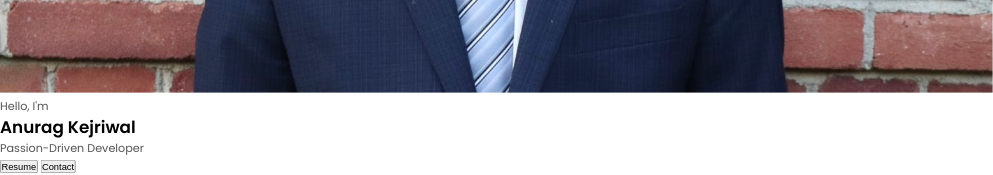
Repository: anuragkej/OldPortfolio
Page: index.html
The author's editor kept a copy of each file at every save. The page is drawn from the files as they stood at one save, then again after the next save.
The browser window is 1280 px wide. The page is 1418 px wide, so the pictures cover 1418 px, including what lies to the right of the window. The pictures show the part of the page from y = 935 to 2655 px (the page is 1185 px tall before and 2890 px after), at 70% of full size.

Above is the page before, as saved 2024-05-25 20:57:06.

### index.html
<!DOCTYPE html>
<html lang="en">
<head>
    <meta charset="UTF-8">
    <meta name="viewport" content="width=device-width, initial-scale=1.0">
    <title>Personal Portfolio</title>
    <link rel="stylesheet" href="style.css">
    <link rel="stylesheet" href="mediaqueries.css">
</head>
<body>
    <nav id="desktop-nav">
        <div class="logo">Anurag Kejriwal</div>
        <div>
            <ul class="nav-links">
                <li><a href="#about">About</a></li>
                <li><a href="#experience">Experience</a></li>
                <li><a href="#projects">Projects</a></li>
                <li><a href="#contact">Contact</a></li>
            </ul>
        </div>
    </nav>
    <nav id="hamburger-nav">
        <div class="logo">Anurag Kejriwal</div>
        <div class="hamburger-menu">
            <div class="hamburger-icon" onclick="toggleMenu()">
                <span></span>
                <span></span>
                <span></span>
            </div>
            <div class="menu-links">
                <li><a href="#about" onclick="toggleMenu()" >About</a></li>
                <li><a href="#experience" onclick="toggleMenu()">Experience</a></li>
                <li><a href="#projects" onclick="toggleMenu()">Projects</a></li>
                <li><a href="#contact" onclick="toggleMenu()">Contact</a></li>
            </div>
        </div>
    </nav>
    <section id="profile">
        <div class="section_pic-container">
            <img src="./assets/20231026_132825_F9CEAA.jpeg" alt="Anurag Kejriwal profile picture">
        </div>
        <div class="section__text">
            <p class="section__text__p1">Hello, I'm</p>
            <h1 class="title">Anurag Kejriwal</h1>
            <p class="section__text__p2">Passion-Driven Developer</p>
            <div class="btn-container">
                <button class="btn btn-color-2"
                onclick="window.open('./assets/AnuragKejriwalResume_2026.pdf')">Resume</button>
                <button class="btn btn-color-1"
                onclick="location.href='./#contact'">Contact</button>
            </div>
        </div>
    </section>
    <script src="script.js"></script>

</body>
</html>

### style.css
/* General */

@import url('https://fonts.googleapis.com/css2?family=Poppins:wght@300;400;500;600&display=swap');
*{
    margin: 0;
    padding: 0;
}

body{
    font-family: "Poppins", sans-serif;
}

html{
    scroll-behavior: smooth;
}

p{
    color: rgb(85, 85, 85);
}

/* Transition */
/* all the links, with button*/

a,
.btn{
    transition: all 300ms ease;
}

/*Desktop navigation */

nav, .nav-links {
    display: flex;
}

nav{
    justify-content: space-around;
    align-items: center;
    height: 17vh;
}

.nav-links{
    gap: 2rem;
    list-style: none;
    font-size: 1.45rem;
}

a{
    color: black;
    text-decoration: none;
    text-decoration-color: white;

}

a:hover{
    color: grey;
    text-decoration: underline;
    text-underline-offset: 0.7rem;
    text-decoration-color: rgb(181, 181, 181);
}

.logo{
    font-size: 1.5rem
}

.logo:hover{
    cursor:default;
}

/*Hamburger menu */

#hamburger-nav{
    display: none;
}

.hamburger-menu{
    position: relative;
    display: inline-block;
}

.hamburger-icon{
    display: flex;
    flex-direction: column;
    justify-content: space-between;
    height: 24px;
    width: 30px;
    cursor: pointer;
}

.hamburger-icon span{
    width: 100%;
    height: 2px;
    background-color: black;
    transition: all 0.3 ease-in-out;
}

.menu-links{
    position: absolute;
    top: 100%;
    right: 0%;
    background-color: white;
    width: fit-content;
    max-height: 0;
    overflow: hidden;
    transition: all 0.3 ease-in-out;
}

.menu-links a{
    display: block;
    padding: 10px;
    text-align: center;
    font-size: 1.5rem;
    color:black;
    text-decoration: none;
    transition: all 0.3 ease-in-out;

}

.menu-links li{
    list-style: none;
}

.menu-links.open{
    max-height: 300px;
}

.hamburger-icon.open span:first-child{
    transform: rotate(45deg) translate(10px, 5px);
}
.hamburger-icon.open span:nth-child(2){
    opacity: 0;
}
.hamburger-icon.open span:last-child{
    transform: rotate(-45deg) translate(10px, -5px);
}

.hamburger-icon span:first-child{
    transform: none;
}
.hamburger-icon span:first-child{
    opacity: 1;
}
.hamburger-icon span:first-child{
    transform: none;
}

### mediaqueries.css
@media screen and (max-width: 1200px) {
    #desktop-nav {
        display: none;
    }
    #hamburger-nav{
        display: flex;
    }
}

### script.js
function toggleMenu(){
    const menu = document.querySelector(".menu-links");
    const icon = document.querySelector(".hamburger-icon");
    menu.classList.toggle("open");
    icon.classList.toggle("open");
}
function toggleMenu(){
    const menu = document.querySelector(".menu-links");
    const icon = document.querySelector(".hamburger-icon");
    menu.classList.toggle("open");
    icon.classList.toggle("open");
}

After the next save:
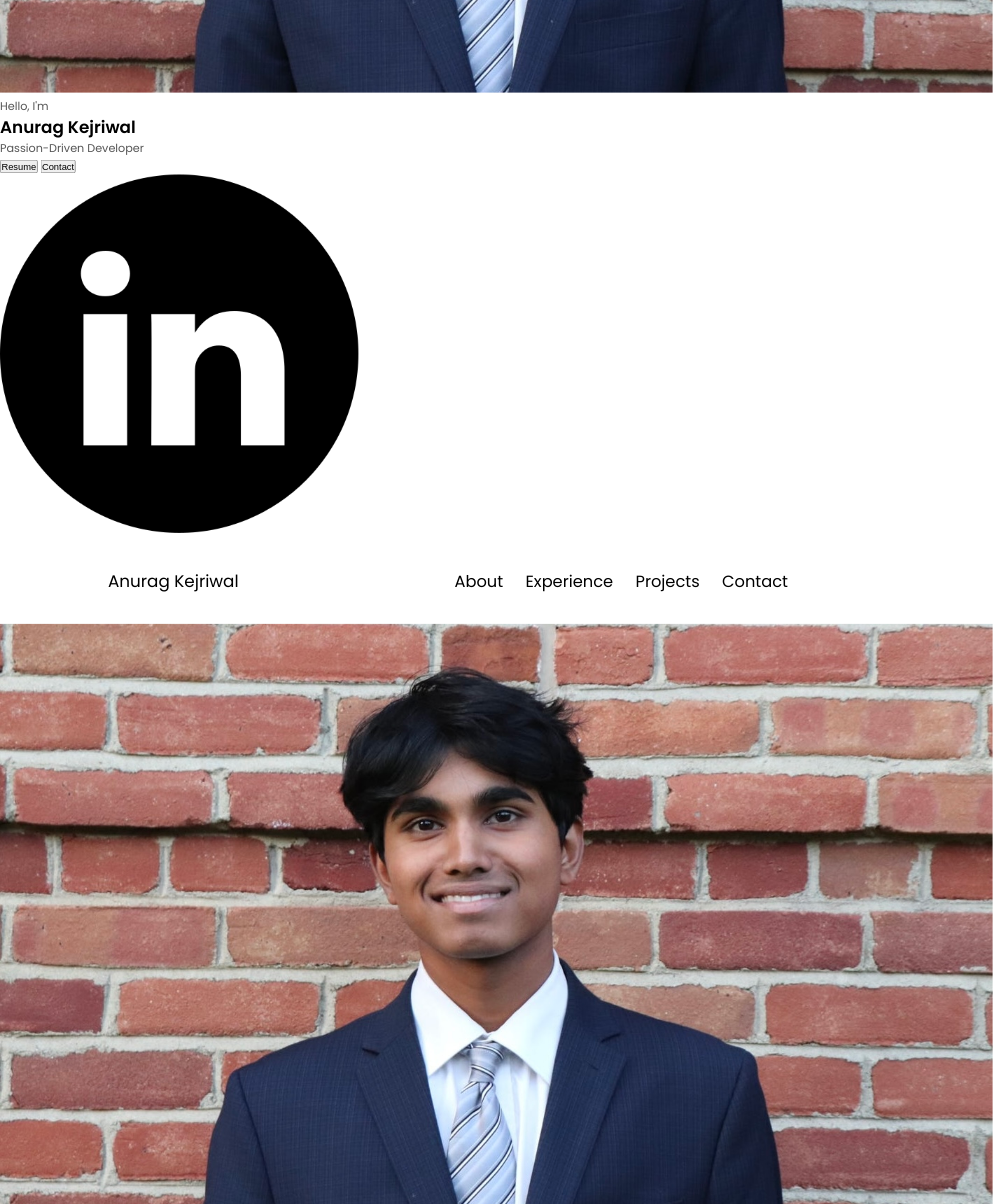
Saved 8 min 21 s later.
--- a/index.html
+++ b/index.html
@@ -1,3 +1,64 @@
+<!DOCTYPE html>
+<html lang="en">
+<head>
+    <meta charset="UTF-8">
+    <meta name="viewport" content="width=device-width, initial-scale=1.0">
+    <title>Personal Portfolio</title>
+    <link rel="stylesheet" href="style.css">
+    <link rel="stylesheet" href="mediaqueries.css">
+</head>
+<body>
+    <nav id="desktop-nav">
+        <div class="logo">Anurag Kejriwal</div>
+        <div>
+            <ul class="nav-links">
+                <li><a href="#about">About</a></li>
+                <li><a href="#experience">Experience</a></li>
+                <li><a href="#projects">Projects</a></li>
+                <li><a href="#contact">Contact</a></li>
+            </ul>
+        </div>
+    </nav>
+    <nav id="hamburger-nav">
+        <div class="logo">Anurag Kejriwal</div>
+        <div class="hamburger-menu">
+            <div class="hamburger-icon" onclick="toggleMenu()">
+                <span></span>
+                <span></span>
+                <span></span>
+            </div>
+            <div class="menu-links">
+                <li><a href="#about" onclick="toggleMenu()" >About</a></li>
+                <li><a href="#experience" onclick="toggleMenu()">Experience</a></li>
+                <li><a href="#projects" onclick="toggleMenu()">Projects</a></li>
+                <li><a href="#contact" onclick="toggleMenu()">Contact</a></li>
+            </div>
+        </div>
+    </nav>
+    <section id="profile">
+        <div class="section_pic-container">
+            <img src="./assets/20231026_132825_F9CEAA.jpeg" alt="Anurag Kejriwal profile picture">
+        </div>
+        <div class="section__text">
+            <p class="section__text__p1">Hello, I'm</p>
+            <h1 class="title">Anurag Kejriwal</h1>
+            <p class="section__text__p2">Passion-Driven Developer</p>
+            <div class="btn-container">
+                <button class="btn btn-color-2"
+                onclick="window.open('./assets/AnuragKejriwalResume_2026.pdf')">Resume</button>
+                <button class="btn btn-color-1"
+                onclick="location.href='./#contact'">Contact</button>
+            </div>
+            <div id="socials-container">
+                <img src="./assets/linkedin.png" alt="My LinkedIn Profile"
+                class ="icon" onclick="location.href='https://linkedin.com/in/anuragkejriwal1/'">
+            </div>
+        </div>
+    </section>
+    <script src="script.js"></script>
+
+</body>
+</html>
 <!DOCTYPE html>
 <html lang="en">
 <head>
